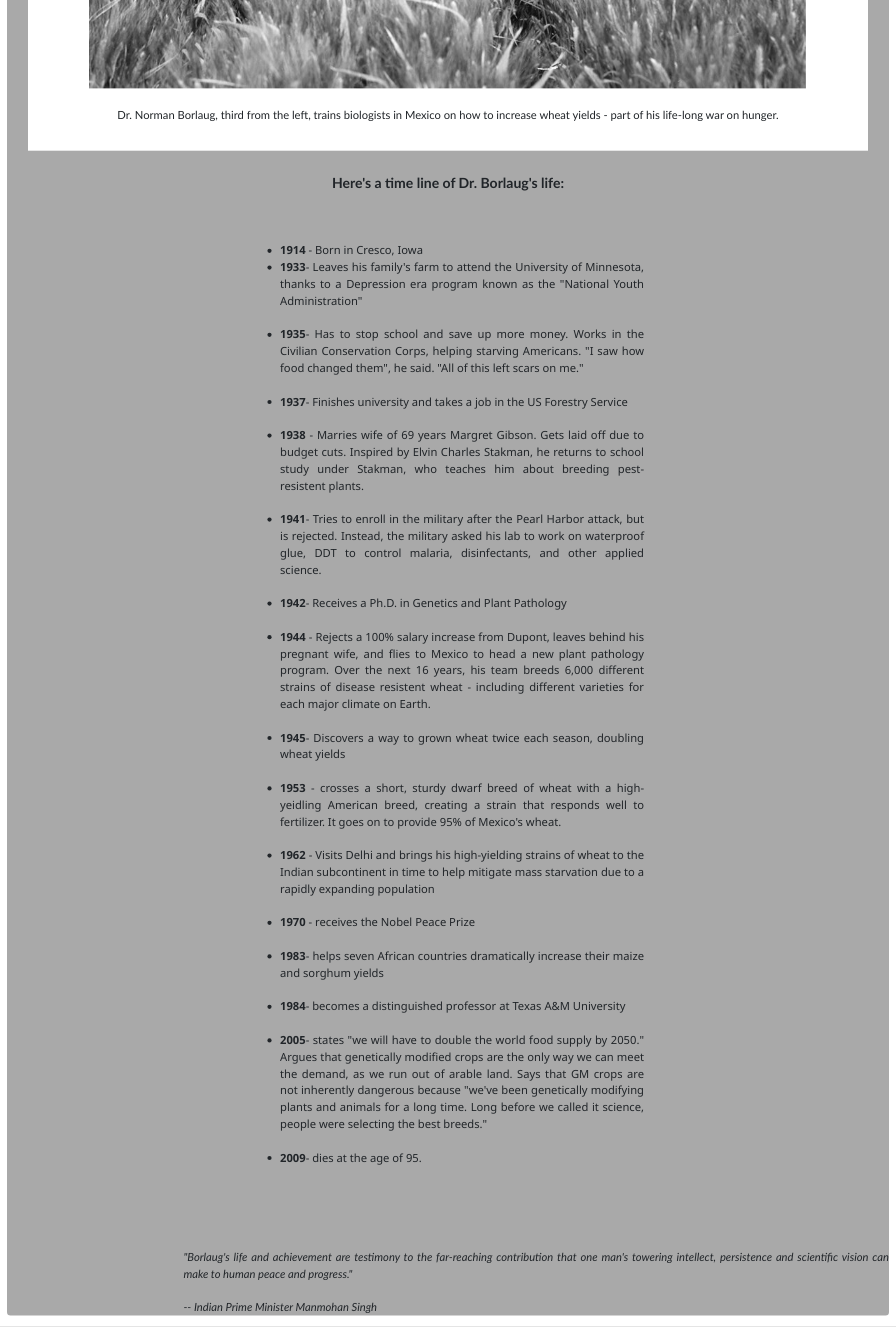
Repository: AbdulWahabRaza123/tributePage
Page: index.html
An editor plug-in stored every save of this project. The page is shown before and after the next save, followed by the edit.
The browser window is 1280 px wide. The pictures show the part of the page from y = 665 to 2585 px (the page is 2561 px tall before and 2585 px after), at 70% of full size.

Above is the page before, as saved 2021-09-02 17:05:41.

After the next save:
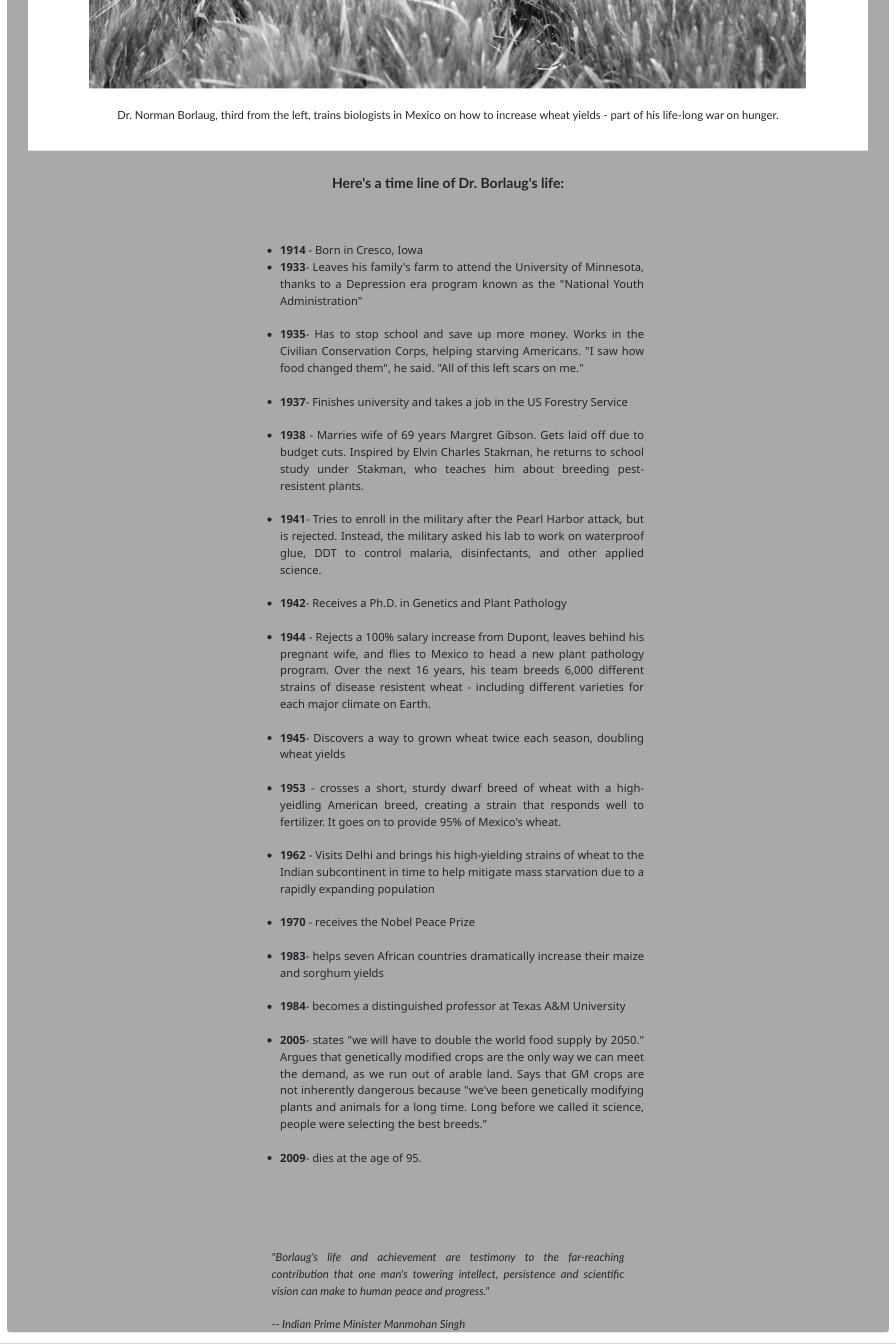
Saved 21 s later.
--- a/new.css
+++ b/new.css
@@ -100,6 +100,7 @@
 }
 
 #Note {
-    margin-left: 20%;
+    margin-left: 30%;
+    margin-right: 30%;
     text-align: justify;
 }
